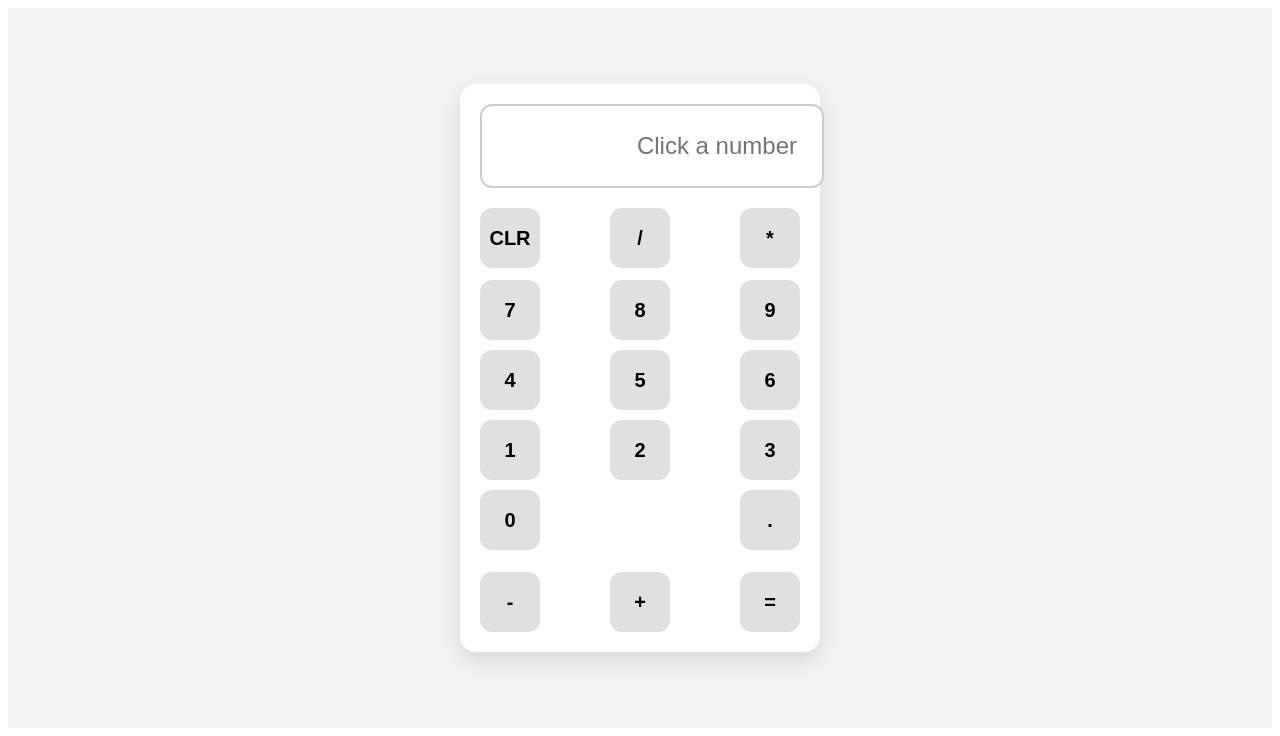
Repository: Marivic-SLRS/ReactJS-Basic-Calculator
Page: /
An editor plug-in stored every save of this project. The page is shown before and after a run of saves, followed by the edit.
The browser window is 1280 px wide. The pictures show the whole page.
The project was rebuilt for these pictures with package versions that can differ from the ones it lists, and the page was loaded fresh each time.

Above is the page before, as saved 2025-07-30 17:34:55.

After the next 6 saves:
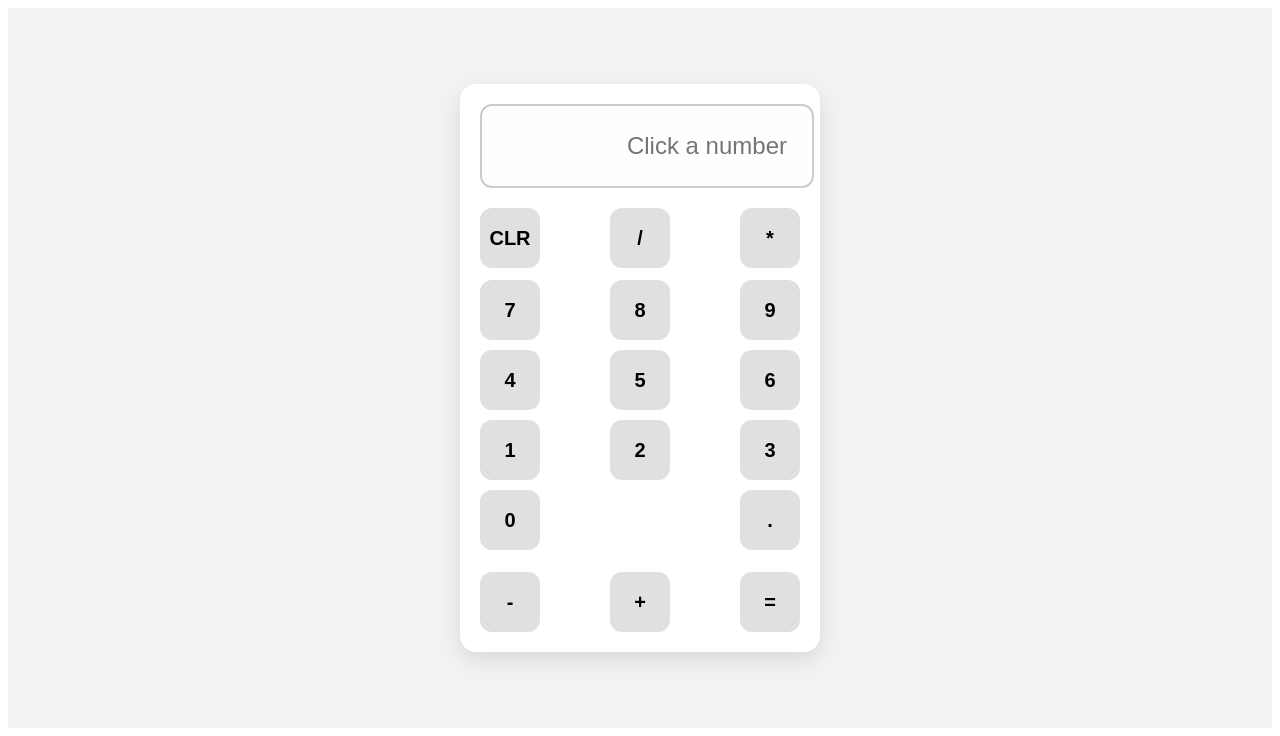
The 6 saves are shown as one change because they came seconds apart.
The last was saved 26 s later.
--- a/src/Assets/Calculator.css
+++ b/src/Assets/Calculator.css
@@ -19,6 +19,8 @@
 /* Monitor display */
 .monitor-container {
   margin-bottom: 20px;
+  margin-left: 0;
+  padding-right: 10px;
 
 }
 
